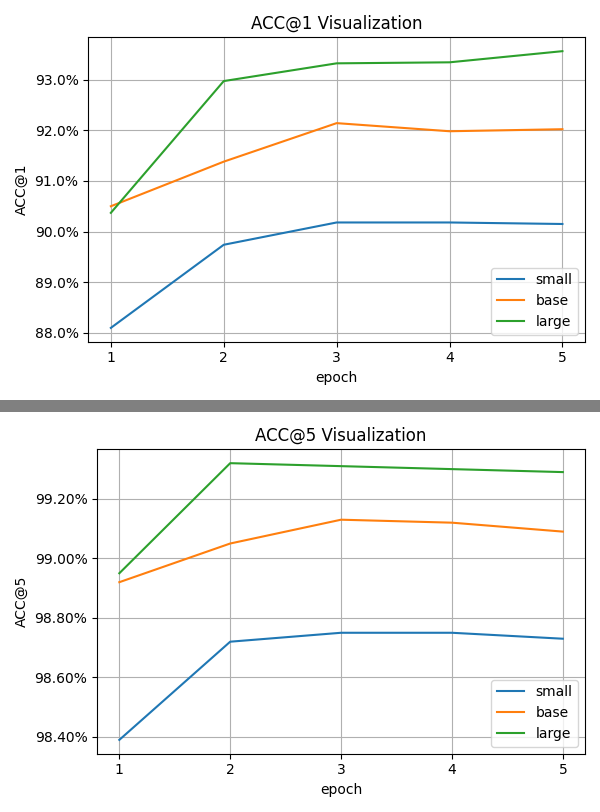
Repository: ginnux/vit
Script's output: python report/eval_fig.py
These files come from the project's save history. The script's output is drawn as it stood at one moment and after the next save; the edit follows.
Each picture stacks the figures in order, with grey between them; figures that are only written to a file come last. Random numbers start from a fixed seed.

Above is the script's output before, as saved 2024-06-24 15:29:13.

### report/eval_fig.py
import matplotlib.pyplot as plt
from matplotlib.ticker import PercentFormatter
import re
import numpy as np


# 修改全局配置
plt.rcParams["font.family"] = "Times New Roman"

with open("log.txt", "r") as f:
    lines = f.read()

accs = re.findall(r"\d\d.\d\d\%", lines)
acc_num = [float(acc.replace("%", "")) / 100 for acc in accs]
acc_array = np.array(acc_num)

acc_idx = np.arange(5)
large_acc1_idx = 2 * acc_idx
large_acc5_idx = 2 * acc_idx + 1
base_acc1_idx = 10 + 2 * acc_idx
base_acc5_idx = 10 + 2 * acc_idx + 1
small_acc1_idx = 20 + 2 * acc_idx
small_acc5_idx = 20 + 2 * acc_idx + 1


plt.figure(figsize=(6, 4))
plt.title("ACC@1 Visualization")
plt.xlabel("epoch")
plt.ylabel("ACC@1")
plt.xticks([1, 2, 3, 4, 5])
plt.plot([1, 2, 3, 4, 5], acc_array[small_acc1_idx])
plt.plot([1, 2, 3, 4, 5], acc_array[base_acc1_idx])
plt.plot([1, 2, 3, 4, 5], acc_array[large_acc1_idx])
plt.grid(True)
plt.legend(["small", "base", "large"], loc="lower right")
# 设置 Y 轴为百分比
plt.gca().yaxis.set_major_formatter(PercentFormatter(1.0))
plt.tight_layout()
plt.savefig("figure/acc1.pdf")

plt.figure(figsize=(6, 4))
plt.title("ACC@5 Visualization")
plt.xlabel("epoch")
plt.ylabel("ACC@5")
plt.xticks([1, 2, 3, 4, 5])
plt.plot([1, 2, 3, 4, 5], acc_array[small_acc5_idx])
plt.plot([1, 2, 3, 4, 5], acc_array[base_acc5_idx])
plt.plot([1, 2, 3, 4, 5], acc_array[large_acc5_idx])
plt.grid(True)
plt.legend(["small", "base", "large"])
# 设置 Y 轴为百分比
plt.gca().yaxis.set_major_formatter(PercentFormatter(1.0))
plt.tight_layout()
plt.savefig("figure/acc5.pdf")

### log.txt
[1,   200] loss: 1.586
[1,   400] loss: 0.432
[1,   600] loss: 0.358
Accuracy of the network on CIFAR100 test images: 90.37%
Accuracy-Top5 of the network on CIFAR100 test images: 98.95%
[2,   200] loss: 0.127
[2,   400] loss: 0.118
[2,   600] loss: 0.118
Accuracy of the network on CIFAR100 test images: 92.97%
Accuracy-Top5 of the network on CIFAR100 test images: 99.32%
[3,   200] loss: 0.048
[3,   400] loss: 0.038
[3,   600] loss: 0.042
Accuracy of the network on CIFAR100 test images: 93.32%
Accuracy-Top5 of the network on CIFAR100 test images: 99.31%
[4,   200] loss: 0.021
[4,   400] loss: 0.020
[4,   600] loss: 0.022
Accuracy of the network on CIFAR100 test images: 93.34%
Accuracy-Top5 of the network on CIFAR100 test images: 99.30%
[5,   200] loss: 0.014
[5,   400] loss: 0.012
[5,   600] loss: 0.013
Accuracy of the network on CIFAR100 test images: 93.56%
Accuracy-Top5 of the network on CIFAR100 test images: 99.29%
[1,   200] loss: 2.854
[1,   400] loss: 0.816
[1,   600] loss: 0.492
Accuracy of the network on CIFAR100 test images: 90.50%
Accuracy-Top5 of the network on CIFAR100 test images: 98.92%
[2,   200] loss: 0.212
[2,   400] loss: 0.208
[2,   600] loss: 0.204
Accuracy of the network on CIFAR100 test images: 91.38%
Accuracy-Top5 of the network on CIFAR100 test images: 99.05%
[3,   200] loss: 0.118
[3,   400] loss: 0.102
[3,   600] loss: 0.103
Accuracy of the network on CIFAR100 test images: 92.14%
Accuracy-Top5 of the network on CIFAR100 test images: 99.13%
[4,   200] loss: 0.075
[4,   400] loss: 0.076
[4,   600] loss: 0.074
Accuracy of the network on CIFAR100 test images: 91.98%
Accuracy-Top5 of the network on CIFAR100 test images: 99.12%
[5,   200] loss: 0.055
[5,   400] loss: 0.059
[5,   600] loss: 0.058
Accuracy of the network on CIFAR100 test images: 92.02%
Accuracy-Top5 of the network on CIFAR100 test images: 99.09%
[1,   200] loss: 2.299
[1,   400] loss: 0.636
[1,   600] loss: 0.478
Accuracy of the network on CIFAR100 test images: 88.10%
Accuracy-Top5 of the network on CIFAR100 test images: 98.39%
[2,   200] loss: 0.217
[2,   400] loss: 0.214
[2,   600] loss: 0.215
Accuracy of the network on CIFAR100 test images: 89.74%
Accuracy-Top5 of the network on CIFAR100 test images: 98.72%
[3,   200] loss: 0.111
[3,   400] loss: 0.101
[3,   600] loss: 0.105
Accuracy of the network on CIFAR100 test images: 90.18%
Accuracy-Top5 of the network on CIFAR100 test images: 98.75%
[4,   200] loss: 0.070
[4,   400] loss: 0.063
[4,   600] loss: 0.065
Accuracy of the network on CIFAR100 test images: 90.18%
Accuracy-Top5 of the network on CIFAR100 test images: 98.75%
[5,   200] loss: 0.048
[5,   400] loss: 0.051
[5,   600] loss: 0.051
Accuracy of the network on CIFAR100 test images: 90.15%
Accuracy-Top5 of the network on CIFAR100 test images: 98.73%

After the next save:
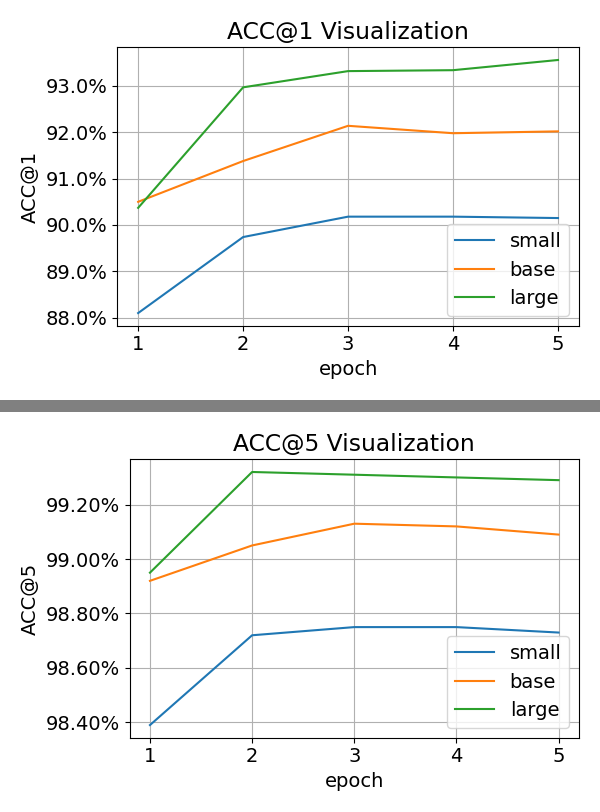
Saved 62 s later.
--- a/report/eval_fig.py
+++ b/report/eval_fig.py
@@ -6,6 +6,7 @@ import numpy as np
 
 # 修改全局配置
 plt.rcParams["font.family"] = "Times New Roman"
+plt.rcParams["font.size"] = 14
 
 with open("log.txt", "r") as f:
     lines = f.read()
